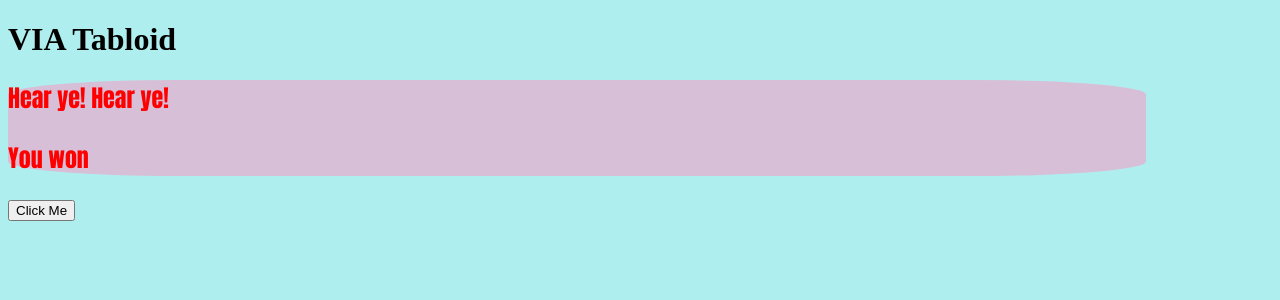
Repository: pimbp/doc_assign
Page: Frontend/index.html
An editor plug-in stored every save of this project. The page is shown before and after the next save, followed by the edit.
The browser window is 1280 px wide. The pictures show the whole page.

Above is the page before, as saved 2026-02-25 16:37:51.

### Frontend/index.html
<!DOCTYPE html>
<html>
<head>
    <link rel="stylesheet" href="style/fancy.css">
</head>
<body>
    <h1>VIA Tabloid</h1>
    <div id="sensational">

        Hear ye! Hear ye!
        <p>
            You won
        </p>

    </div>
    <button onclick="myFunction()">Click Me</button>
    <script src="functions/funct.js"></script>
</body>
</html>

### Frontend/style/fancy.css
body { background-color: paleturquoise; }

#sensational {
    font-family: Impact, Haettenschweiler, 'Arial Narrow Bold', sans-serif;
    font-size: 24px;
    color: red;
    font-weight: bold;

    max-width: 90%;
    background-color: thistle;
    border-radius: 15%;
}
#sensational.p {
    font-family: 'Courier New', Courier, monospace;
    font-size: 18px;
    color: purple;
}

### Frontend/functions/funct.js
function myFunction() { alert('Connected!'); }

After the next save:
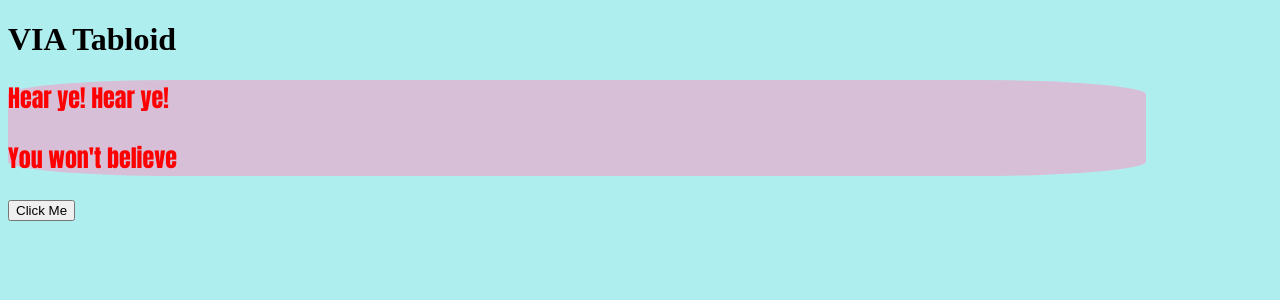
Saved 5 s later.
--- a/Frontend/index.html
+++ b/Frontend/index.html
@@ -9,7 +9,7 @@
 
         Hear ye! Hear ye!
         <p>
-            You won
+            You won't believe
         </p>
 
     </div>
